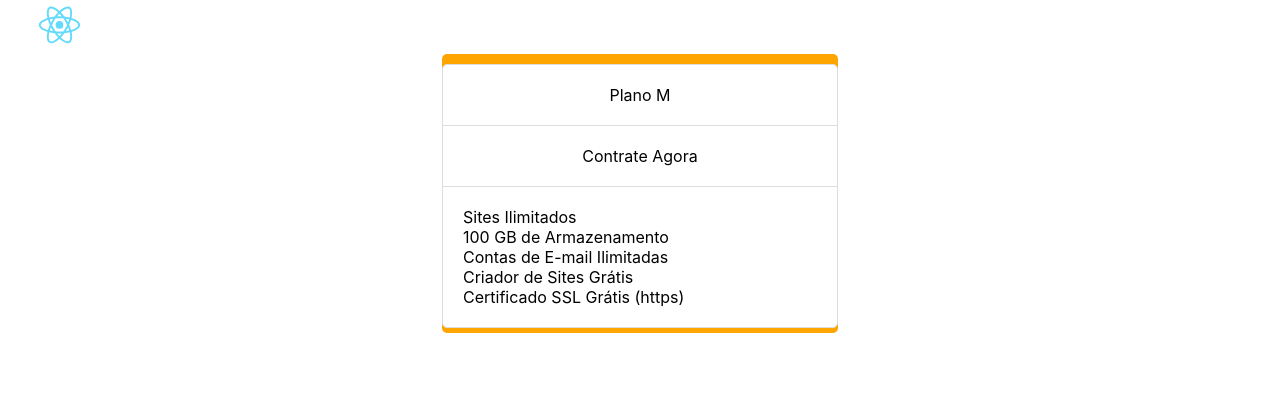
Repository: gatomazi/hostgatorFrontend
Page: /
These files come from the project's save history. The page is drawn as it stood at one moment and after the next save; the edit follows.
The browser window is 1280 px wide. The pictures show the whole page.
The project was rebuilt for these pictures with package versions that can differ from the ones it lists, and the page was loaded fresh each time.

Above is the page before, as saved 2020-01-24 11:15:04.

### src/App.js
import React from "react";

import "./App.css";
import Topbar from "./components/Topbar";
import Plano from "./components/Plano";
function App() {
  return (
    <div className="App">
      <Topbar />
      <Plano />
    </div>
  );
}

export default App;

### src/components/Topbar.js
import React from "react";

import logo from "../logo.svg";
// import { Link } from "react-router-dom";

import { makeStyles } from "@material-ui/core/styles";
import Grid from "@material-ui/core/Grid";
import Container from "@material-ui/core/Container";

const useStyles = makeStyles(theme => ({
  root: {
    flexGrow: 1
  }
}));

const Topbar = () => {
  const classes = useStyles();
  return (
    <div className={classes.root}>
      <Container maxWidth="lg">
        <Grid item xs={12} style={{ textAlign: "left" }}>
          <img
            style={{ height: 50 }}
            src={logo}
            className="Navbar-logo"
            alt="logo"
          />
        </Grid>
      </Container>
    </div>
  );
};

export default Topbar;

### src/components/Plano.js
import React from "react";
import "./Plano.scss";

import Grid from "@material-ui/core/Grid";
import Container from "@material-ui/core/Container";

const Plano = () => {
  return (
    <div className="root">
      <Container maxWidth="xs">
        <Grid className="orangePlanBg" item xs={12}>
          <div className="planCard">
            <div>Plano M</div>
            <div className="insideDivisor">Contrate Agora</div>
            <div style={{ textAlign: "left" }}>
              <span>Sites Ilimitados</span>
              <span>100 GB de Armazenamento</span>
              <span>Contas de E-mail Ilimitadas</span>
              <span>Criador de Sites Grátis</span>
              <span>Certificado SSL Grátis (https)</span>
            </div>
          </div>
        </Grid>
      </Container>
    </div>
  );
};

const borderColor = "#ddd";

export default Plano;

### src/components/Plano.scss
.root {
  flex-grow: 1;
}
.orangePlanBg {
  background-color: orange;
  padding-bottom: 5px;
  padding-top: 10px;
  border-radius: 5px;
}
.planCard {
  background-color: #fff;
  border: 1px solid #ddd;
  border-radius: 5px;
  div {
    padding: 20px;
  }
  span {
    display: block;
  }
}

.insideDivisor {
  border-bottom: 0.5px;
  border-bottom-color: #ddd;
  border-bottom-style: solid;
  /* border-bottom: 0.5; */
  border-top: 0.5px;
  border-top-color: #ddd;
  border-top-style: solid;
  /* border-top: 0.5; */
}

Loaded but not shown: public/index.html (common file); src/index.js (common file); src/index.css (common file); src/serviceWorker.js (common file); src/App.css (common file)

After the next save:
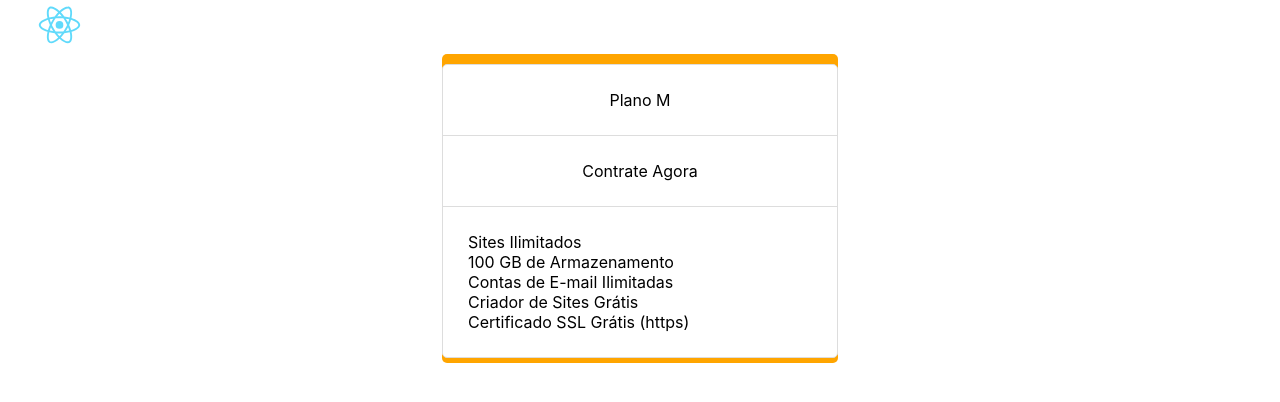
Saved 5 s later.
--- a/src/components/Plano.scss
+++ b/src/components/Plano.scss
@@ -12,7 +12,7 @@
   border: 1px solid #ddd;
   border-radius: 5px;
   div {
-    padding: 20px;
+    padding: 25px;
   }
   span {
     display: block;
